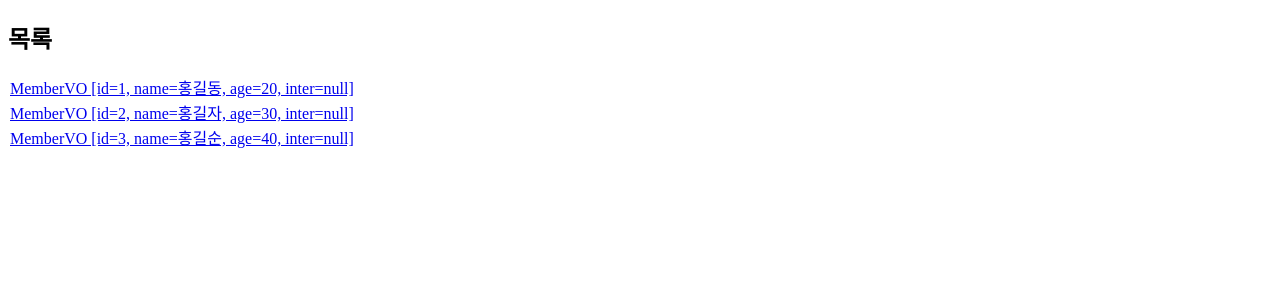
Repository: kohyeonjin/spring
Page: http://localhost/SpringBasic/quiz/quiz02
An editor plug-in stored every save of this project. The page is shown before and after the next save, followed by the edit.
The browser window is 1280 px wide. The pictures show the whole page.
The page is served by Tomcat 9. The template is opened directly, without the code that normally fills it, so the values that code supplies are empty.

Above is the page before, as saved 2024-02-22 05:08:33.

After the next save:
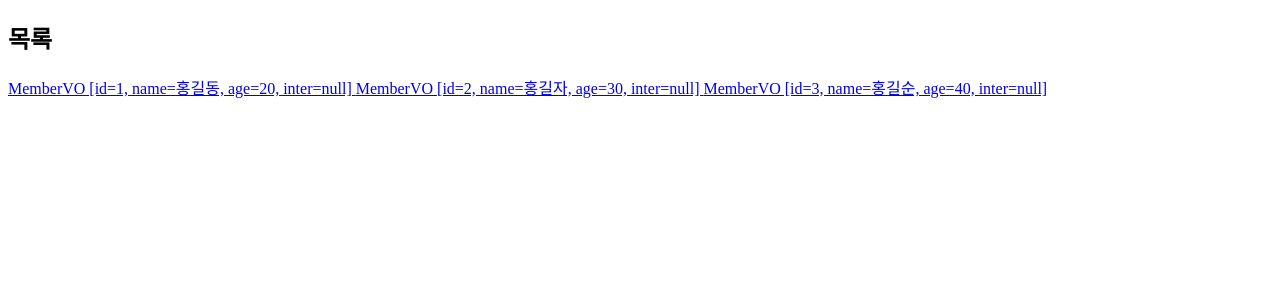
Saved 12 min 19 s later.
--- a/SpringBasic/src/main/webapp/WEB-INF/views/quiz/quiz02.jsp
+++ b/SpringBasic/src/main/webapp/WEB-INF/views/quiz/quiz02.jsp
@@ -17,9 +17,7 @@
 
 	<c:forEach var="i" items="${list }">
 				<a href="quiz02_info?id=${i.id }">
-				<option>
 				${i}
-				</option>
 				</a>
 	</c:forEach>
 
